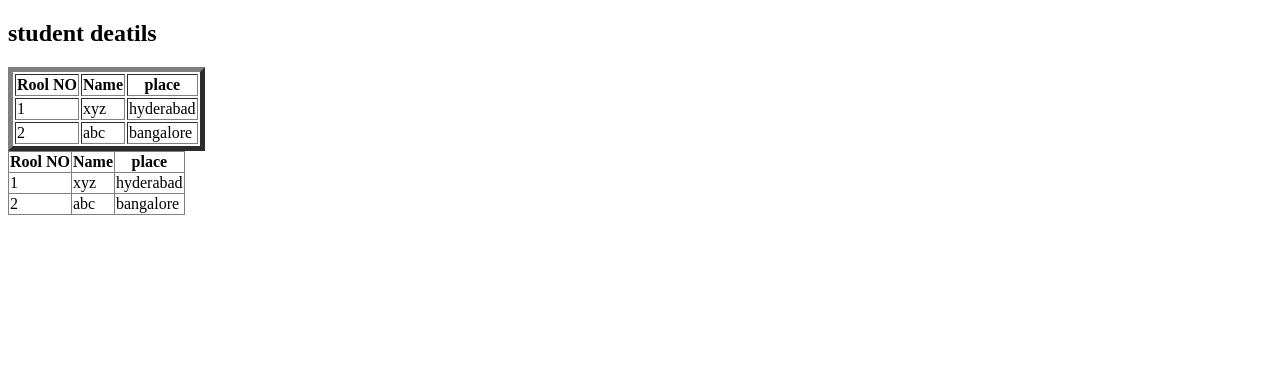
Repository: viveknaidu007/repo-113-HTML
Page: 3.html
An editor plug-in stored every save of this project. The page is shown before and after the next save, followed by the edit.
The browser window is 1280 px wide. The pictures show the whole page.

Above is the page before, as saved 2024-06-10 19:49:27.

After the next save:
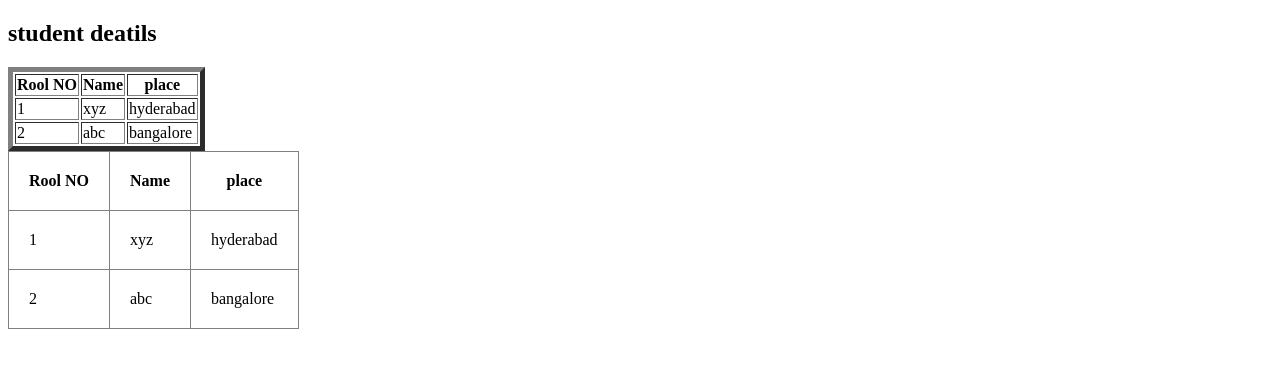
Saved 33 s later.
--- a/3.html
+++ b/3.html
@@ -28,7 +28,7 @@
 
         </table>
 
-        <table border="1" style="border-collapse:collapse">
+        <table border="1" style="border-collapse:collapse" cellpadding="20">
 
             <tr>
                 <th> Rool NO</th>
